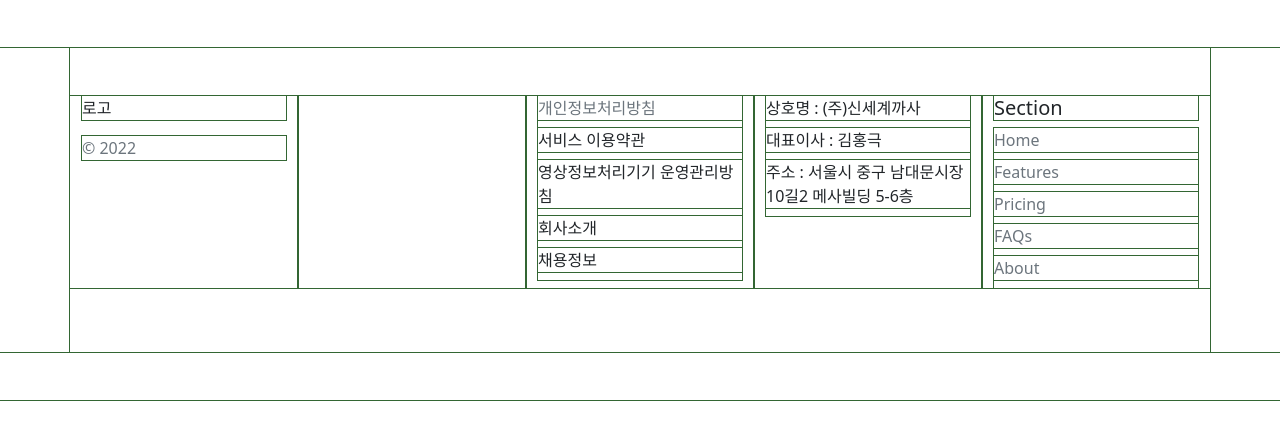
Repository: raoniee/Elice-House-Project
Page: FE/src/components/footer/footer.html
The author's editor kept a copy of each file at every save. The page is drawn from the files as they stood at one save, then again after the next save.
The browser window is 1280 px wide. The pictures show the whole page.

Above is the page before, as saved 2023-07-04 16:55:57.

### FE/src/components/footer/footer.html
<!DOCTYPE html>
<html lang="ko">
  <head>
    <meta charset="UTF-8" />
    <meta http-equiv="X-UA-Compatible" content="IE=edge" />
    <meta name="viewport" content="width=device-width, initial-scale=1.0" />
    <title>Elice-House</title>
    <link
      href="https://cdn.jsdelivr.net/npm/bootstrap@5.2.3/dist/css/bootstrap.min.css"
      rel="stylesheet"
      integrity="sha384-rbsA2VBKQhggwzxH7pPCaAqO46MgnOM80zW1RWuH61DGLwZJEdK2Kadq2F9CUG65"
      crossorigin="anonymous"
    />
    <style>
      * {
        outline: 1px solid #363;
      }
    </style>
  </head>
  <body>
    <div class="container">
      <footer class="row row-cols-1 row-cols-sm-2 row-cols-md-5 py-5 my-5">
        <div class="col mb-3">
          <a
            href="/"
            class="d-flex align-items-center mb-3 link-dark text-decoration-none"
          >
            로고
          </a>
          <p class="text-muted">&copy; 2022</p>
        </div>

        <div class="col mb-3"></div>

        <div class="col mb-3">
          <ul class="nav flex-column">
            <li class="nav-item mb-2 text-muted">개인정보처리방침</li>
            <li class="nav-item mb-2">서비스 이용약관</li>
            <li class="nav-item mb-2">영상정보처리기기 운영관리방침</li>
            <li class="nav-item mb-2">회사소개</li>
            <li class="nav-item mb-2">채용정보</li>
          </ul>
        </div>

        <div class="col mb-3">
          <ul class="nav flex-column">
            <li class="nav-item mb-2">상호명 : (주)신세계까사</li>
            <li class="nav-item mb-2">대표이사 : 김홍극</li>
            <li class="nav-item mb-2">
              주소 : 서울시 중구 남대문시장10길2 메사빌딩 5-6층
            </li>
          </ul>
        </div>

        <div class="col mb-3">
          <h5>Section</h5>
          <ul class="nav flex-column">
            <li class="nav-item mb-2">
              <a href="#" class="nav-link p-0 text-muted">Home</a>
            </li>
            <li class="nav-item mb-2">
              <a href="#" class="nav-link p-0 text-muted">Features</a>
            </li>
            <li class="nav-item mb-2">
              <a href="#" class="nav-link p-0 text-muted">Pricing</a>
            </li>
            <li class="nav-item mb-2">
              <a href="#" class="nav-link p-0 text-muted">FAQs</a>
            </li>
            <li class="nav-item mb-2">
              <a href="#" class="nav-link p-0 text-muted">About</a>
            </li>
          </ul>
        </div>
      </footer>
    </div>
    <script
      src="https://cdn.jsdelivr.net/npm/bootstrap@5.2.3/dist/js/bootstrap.bundle.min.js"
      integrity="sha384-kenU1KFdBIe4zVF0s0G1M5b4hcpxyD9F7jL+jjXkk+Q2h455rYXK/7HAuoJl+0I4"
      crossorigin="anonymous"
    ></script>
  </body>
</html>

After the next save:
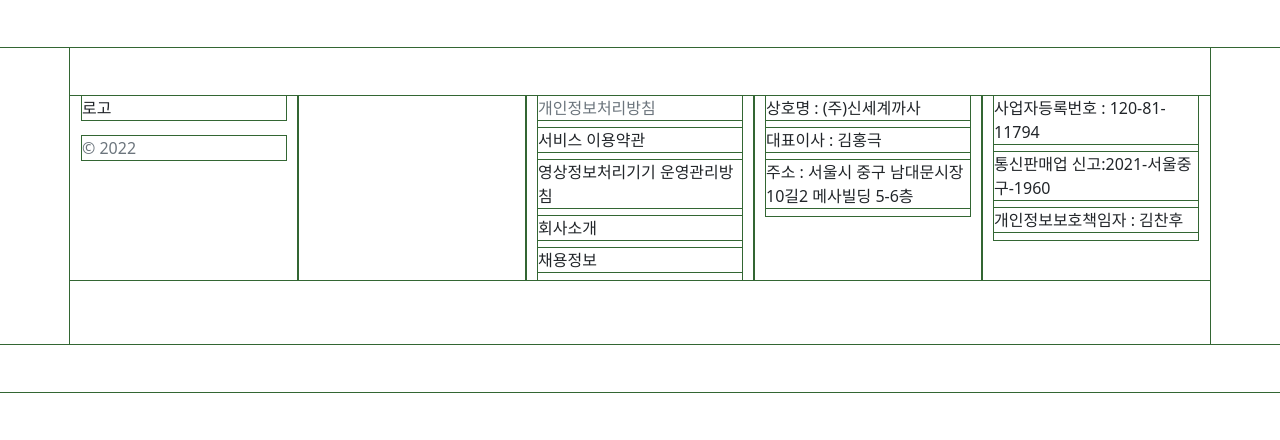
Saved 64 s later.
--- a/FE/src/components/footer/footer.html
+++ b/FE/src/components/footer/footer.html
@@ -53,23 +53,10 @@
         </div>
 
         <div class="col mb-3">
-          <h5>Section</h5>
           <ul class="nav flex-column">
-            <li class="nav-item mb-2">
-              <a href="#" class="nav-link p-0 text-muted">Home</a>
-            </li>
-            <li class="nav-item mb-2">
-              <a href="#" class="nav-link p-0 text-muted">Features</a>
-            </li>
-            <li class="nav-item mb-2">
-              <a href="#" class="nav-link p-0 text-muted">Pricing</a>
-            </li>
-            <li class="nav-item mb-2">
-              <a href="#" class="nav-link p-0 text-muted">FAQs</a>
-            </li>
-            <li class="nav-item mb-2">
-              <a href="#" class="nav-link p-0 text-muted">About</a>
-            </li>
+            <li class="nav-item mb-2">사업자등록번호 : 120-81-11794</li>
+            <li class="nav-item mb-2">통신판매업 신고:2021-서울중구-1960</li>
+            <li class="nav-item mb-2">개인정보보호책임자 : 김찬후</li>
           </ul>
         </div>
       </footer>
